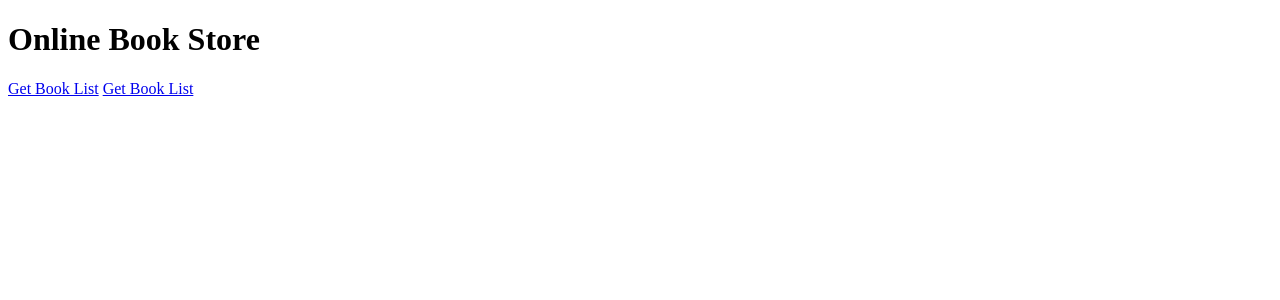
Repository: vsc8791/IMS
Page: http://localhost/onlinebookstore/
An editor plug-in stored every save of this project. The page is shown before and after the next save, followed by the edit.
The browser window is 1280 px wide. The pictures show the whole page.
The page is served by Tomcat 9. Other server files are loaded and not shown.

Above is the page before, as saved 2018-07-30 13:51:07.

### onlinebookstore/WebContent/index.jsp
<%@ page language="java" contentType="text/html; charset=ISO-8859-1"
    pageEncoding="ISO-8859-1"%>
<!DOCTYPE html PUBLIC "-//W3C//DTD HTML 4.01 Transitional//EN" "http://www.w3.org/TR/html4/loose.dtd">
<html>
<head>
<meta http-equiv="Content-Type" content="text/html; charset=ISO-8859-1">
<title>Insert title here</title>
</head>
<body>
<h1>Online Book Store</h1>

<a href="http://localhost:8082/onlinebookstore/book/list">Get Book List</a>
<a href="http://localhost:8082/onlinebookstore/customer/register">Get Book List</a>
</body>
</html>

After the next save:
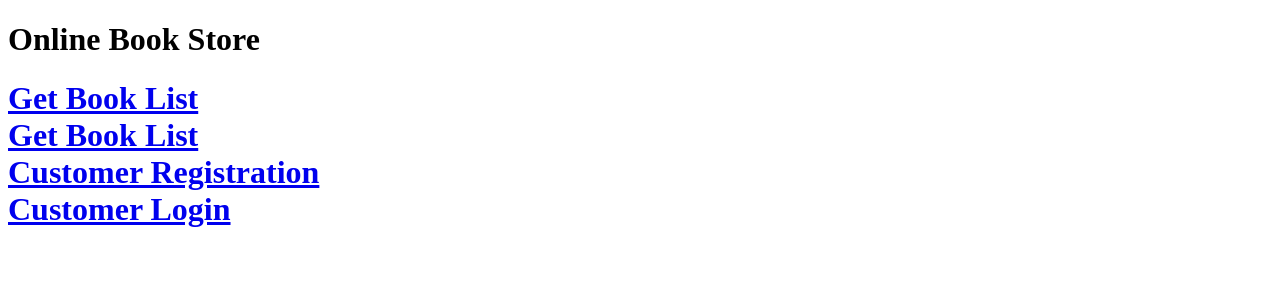
Saved 50 s later.
--- a/onlinebookstore/WebContent/index.jsp
+++ b/onlinebookstore/WebContent/index.jsp
@@ -8,8 +8,14 @@
 </head>
 <body>
 <h1>Online Book Store</h1>
+<h1>
 
-<a href="http://localhost:8082/onlinebookstore/book/list">Get Book List</a>
-<a href="http://localhost:8082/onlinebookstore/customer/register">Get Book List</a>
+<a href="http://localhost:8082/onlinebookstore/book/list">Get Book List</a><br>
+<a href="http://localhost:8082/onlinebookstore/customer/list">Get Book List</a><br>
+
+<a href="http://localhost:8082/onlinebookstore/customer/register">Customer Registration</a><br>
+
+<a href="http://localhost:8082/onlinebookstore/customer/login">Customer Login</a><br>
+</h1>
 </body>
 </html>
